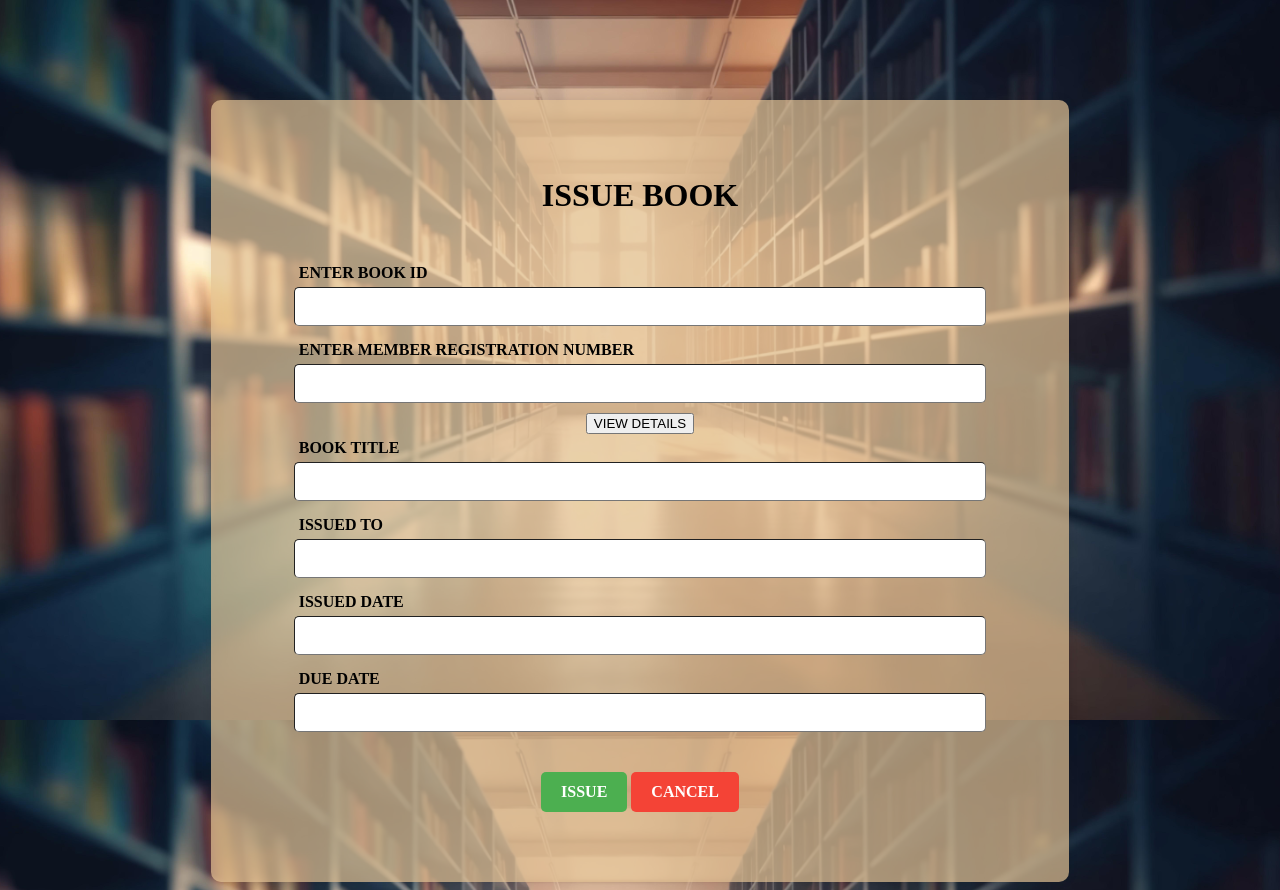
Repository: devikrishna908/RURAL-LIBRARY-MANAGEMENT
Page: http://localhost/library-management/WEB-INF/jsp/book-issue.jsp
An editor plug-in stored every save of this project. The page is shown before and after the next save, followed by the edit.
The browser window is 1280 px wide. The pictures show the whole page.
Backgrounds fixed to the window are drawn as part of the page. The page is served by Tomcat 9. Nobody is signed in. The template is opened directly, without the code that normally fills it, so the values that code supplies are empty.

Above is the page before, as saved 2024-05-26 17:33:31.

After the next save:
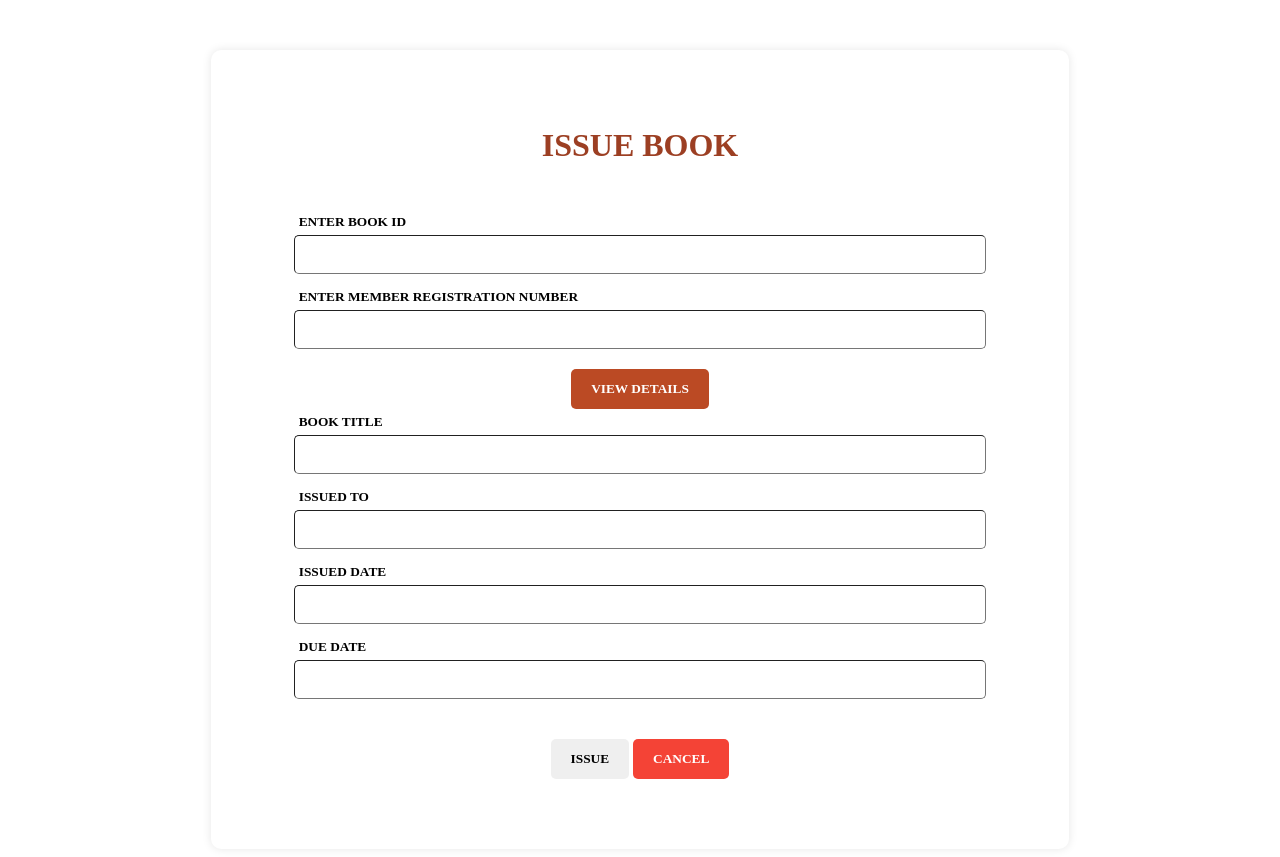
Saved 34 s later.
--- a/library-management/src/main/webapp/WEB-INF/jsp/book-issue.jsp
+++ b/library-management/src/main/webapp/WEB-INF/jsp/book-issue.jsp
@@ -5,8 +5,8 @@
 <head>
 <meta charset="ISO-8859-1">
 <title>ISSUE A BOOK</title>
-<link rel="stylesheet" href="css/member-style.css">
-<script src="js/add-member.js" type="text/javascript"></script>
+<link rel="stylesheet" href="css/issue-style.css">
+<script src="js/issue-book.js" type="text/javascript"></script>
 </head>
 <body>
 	<div class="container">
